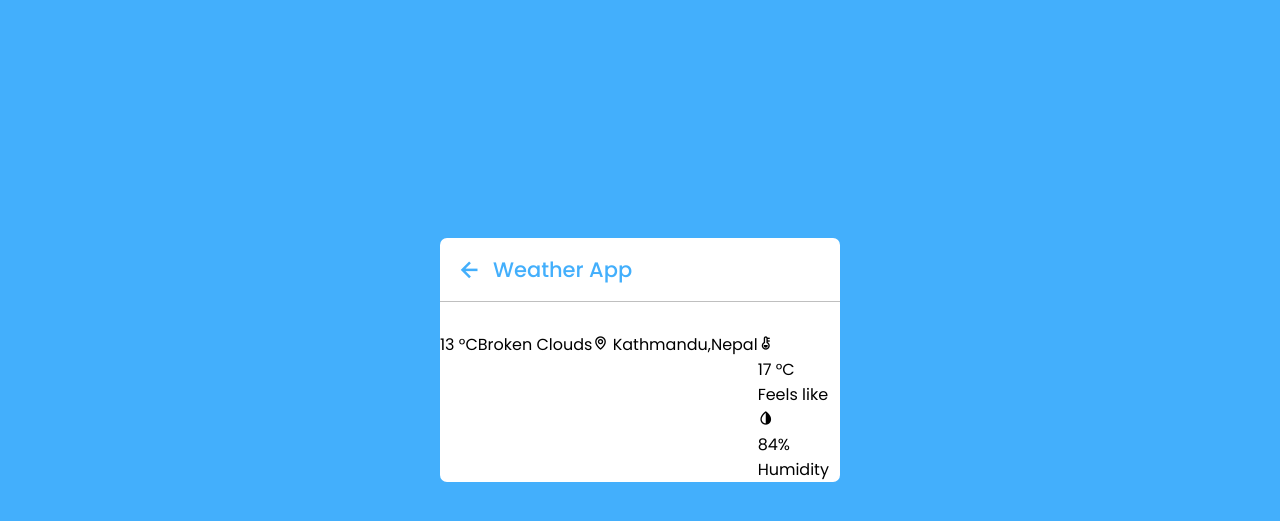
Repository: long13820/Weather-App-HTML-CSS-Javascript
Page: index.html
The author's editor kept a copy of each file at every save. The page is drawn from the files as they stood at one save, then again after the next save.
The browser window is 1280 px wide. The pictures show the whole page.

Above is the page before, as saved 2021-09-02 11:24:57.

After the next save:
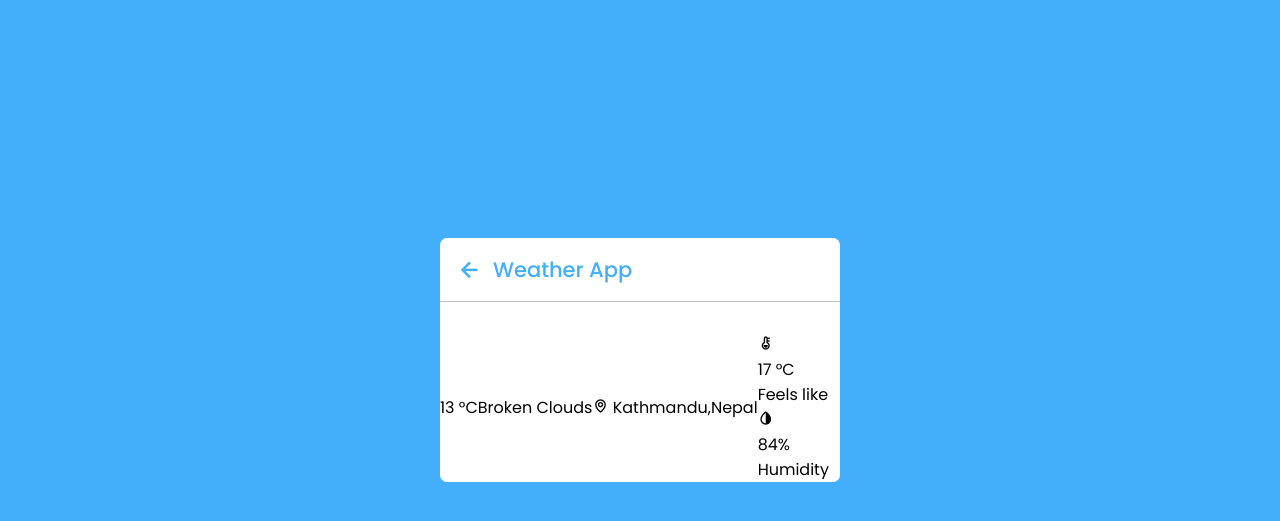
Saved 4 s later.
--- a/style.css
+++ b/style.css
@@ -97,5 +97,5 @@ header i{
 .wrapper .weather-part{
     margin: 30px 0 0;
     display: flex;
-    al
+    align-items: center;
 }
